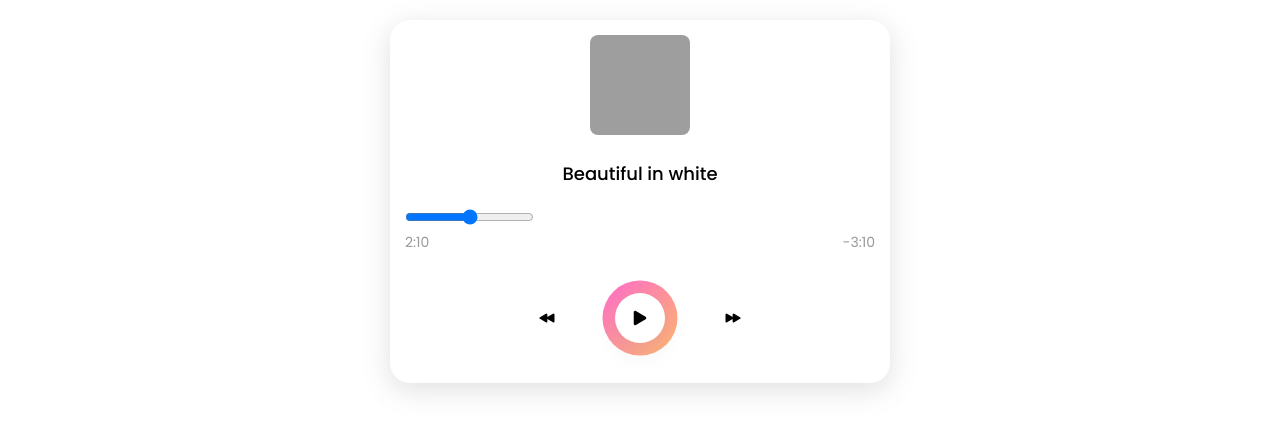
Repository: quyenpv10/mp3__music
Page: index.html
These files come from the project's save history. The page is drawn as it stood at one moment and after the next save; the edit follows.
The browser window is 1280 px wide. The pictures show the whole page.
Pictures or frames that could not be fetched are drawn as grey boxes.

Above is the page before, as saved 2021-12-10 20:20:34.

After the next save:
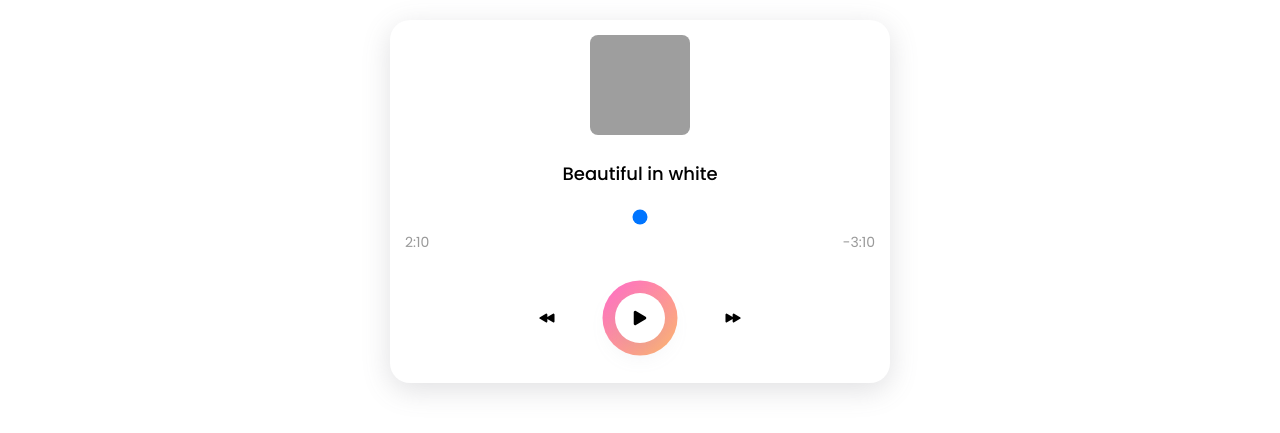
Saved 16 s later.
--- a/app.css
+++ b/app.css
@@ -120,4 +120,11 @@ body {
     cursor: pointer;
 }
 
-.range {}
+.range {
+    -webkit-appearance: none;
+    /* Hides the slider so that custom slider can be made */
+    width: 100%;
+    /* Specific width is required for Firefox. */
+    background: transparent;
+    /* Otherwise white in Chrome */
+}
